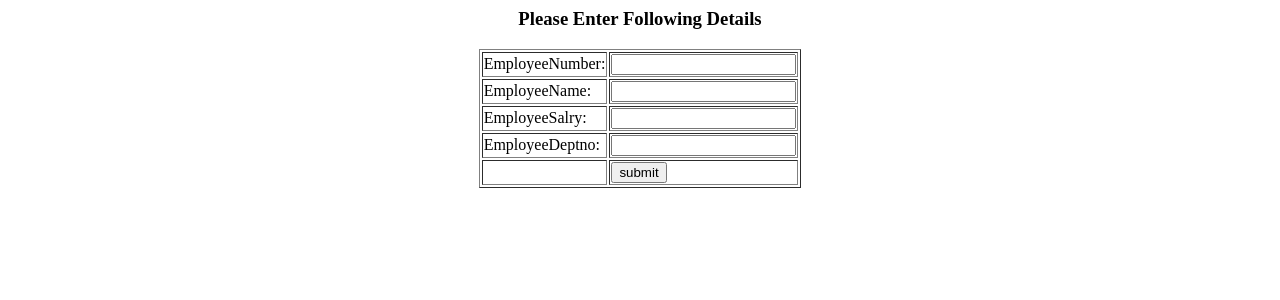
Repository: pramodwus/SpringBoot-Security
Page: http://localhost/Boot-EMS/addEmployee.jsp
An editor plug-in stored every save of this project. The page is shown before and after the next save, followed by the edit.
The browser window is 1280 px wide. The pictures show the whole page.
The page is served by Tomcat 9. Other server files are loaded and not shown.

Above is the page before, as saved 2019-04-19 12:31:03.

### Boot-EMS/src/main/webapp/addEmployee.jsp
<html>
<head>
</head>
<body>
<center>
<h3>Please Enter Following Details</h3>
<table border=1>
<form action="insert" method="post">
<tr><td>EmployeeNumber:</td><td><input type="text" name="empNo"></td></tr>
<tr><td>EmployeeName:</td><td><input type="text" name="empName"></td></tr>
<tr><td>EmployeeSalry:</td><td><input type="text" name="empSalary"></td></tr>
<tr><td>EmployeeDeptno:</td><td><input type="text" name="deptNo"></td></tr>
<tr><td></td><td><input type="submit" value="submit"></td>
</form>
</table>
</center>
</body>
</html>

After the next save:
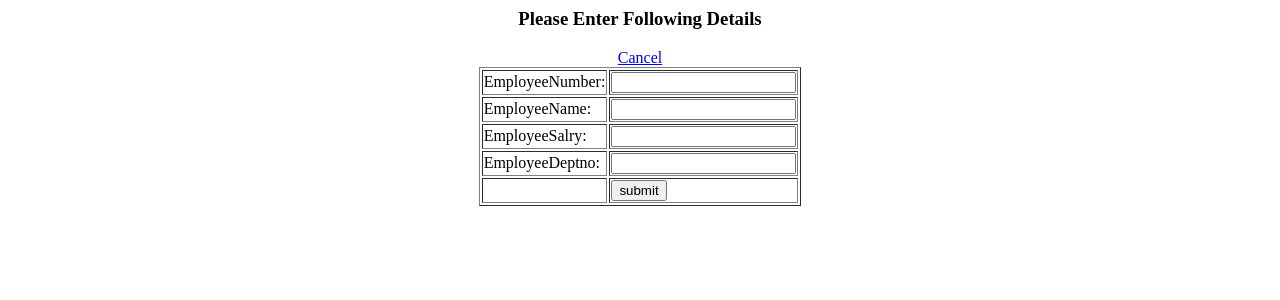
Saved 2 min 19 s later.
--- a/Boot-EMS/src/main/webapp/addEmployee.jsp
+++ b/Boot-EMS/src/main/webapp/addEmployee.jsp
@@ -11,6 +11,7 @@
 <tr><td>EmployeeSalry:</td><td><input type="text" name="empSalary"></td></tr>
 <tr><td>EmployeeDeptno:</td><td><input type="text" name="deptNo"></td></tr>
 <tr><td></td><td><input type="submit" value="submit"></td>
+<a href="index.jsp">Cancel</a><br>
 </form>
 </table>
 </center>

After the save that followed:
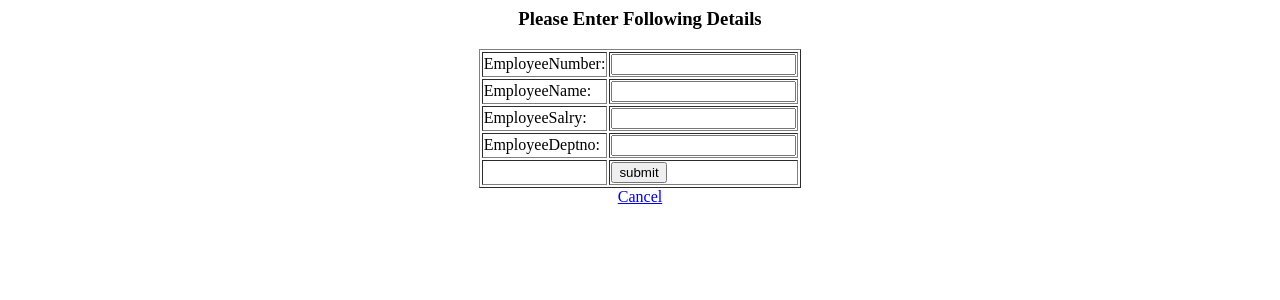
Saved 48 s later.
--- a/Boot-EMS/src/main/webapp/addEmployee.jsp
+++ b/Boot-EMS/src/main/webapp/addEmployee.jsp
@@ -11,9 +11,9 @@
 <tr><td>EmployeeSalry:</td><td><input type="text" name="empSalary"></td></tr>
 <tr><td>EmployeeDeptno:</td><td><input type="text" name="deptNo"></td></tr>
 <tr><td></td><td><input type="submit" value="submit"></td>
-<a href="index.jsp">Cancel</a><br>
 </form>
 </table>
+<a href="index.jsp">Cancel</a><br>
 </center>
 </body>
 </html>
